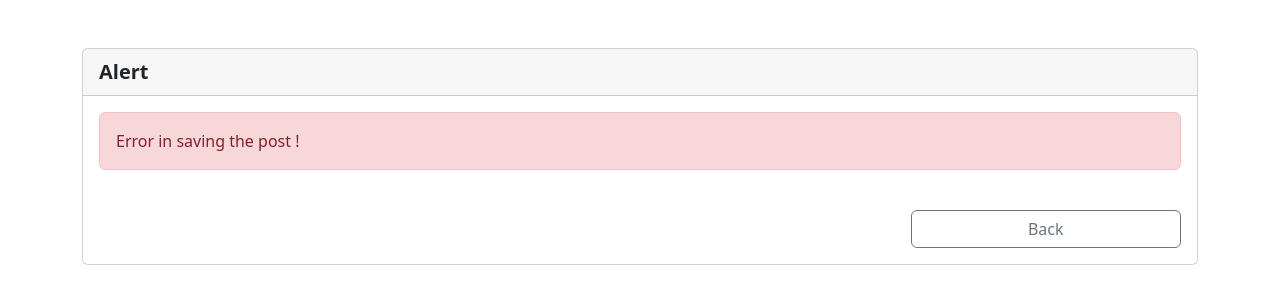
Repository: codewithajaythomas/iNeuron-Assignment
Page: http://localhost/JavaFinalProject-Q17/alert.jsp
These files come from the project's save history. The page is drawn as it stood at one moment and after the next save; the edit follows.
The browser window is 1280 px wide. The pictures show the whole page.
The page is served by Tomcat 9.

Above is the page before, as saved 2023-05-30 15:24:40.

After the next save:
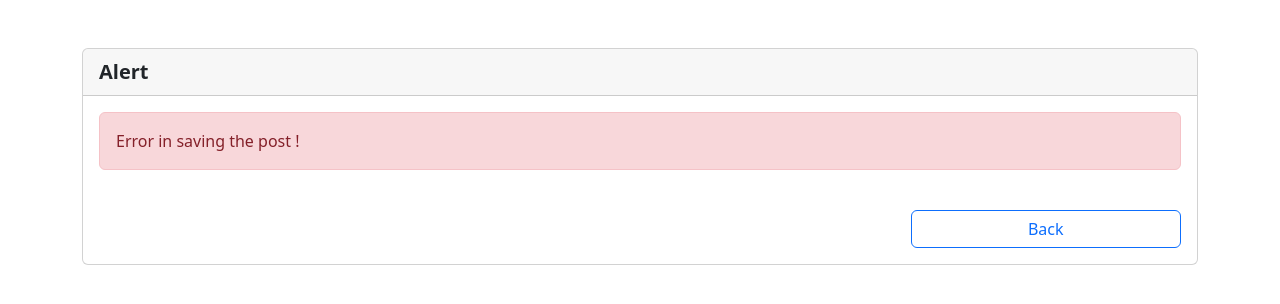
Saved 7 s later.
--- a/JavaFinalProject-Q17/WebContent/alert.jsp
+++ b/JavaFinalProject-Q17/WebContent/alert.jsp
@@ -32,7 +32,7 @@
 		        <br />
 		    </c:otherwise>
 		</c:choose>
-          <a href="../" role="button" class="btn btn-outline-secondary float-end w-25">Back</a>
+          <a href="../" role="button" class="btn btn-outline-primary float-end w-25">Back</a>
         </div>
       </div>
     </div>
